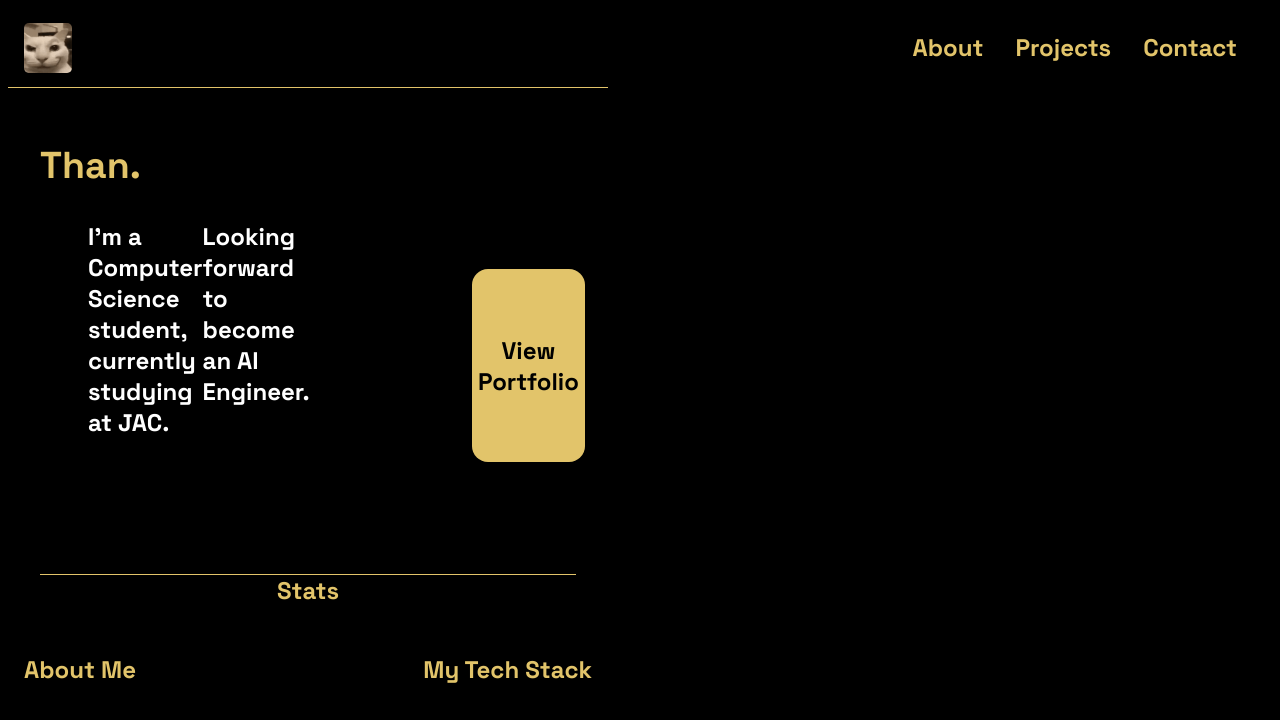
Repository: Than-dot/Than-dot
Page: index.html
These files come from the project's save history. The page is drawn as it stood at one moment and after a run of saves; the edit follows.
The browser window is 1280 px wide. The pictures show the whole page.

Above is the page before, as saved 2026-05-06 12:52:16.

After the next 2 saves:
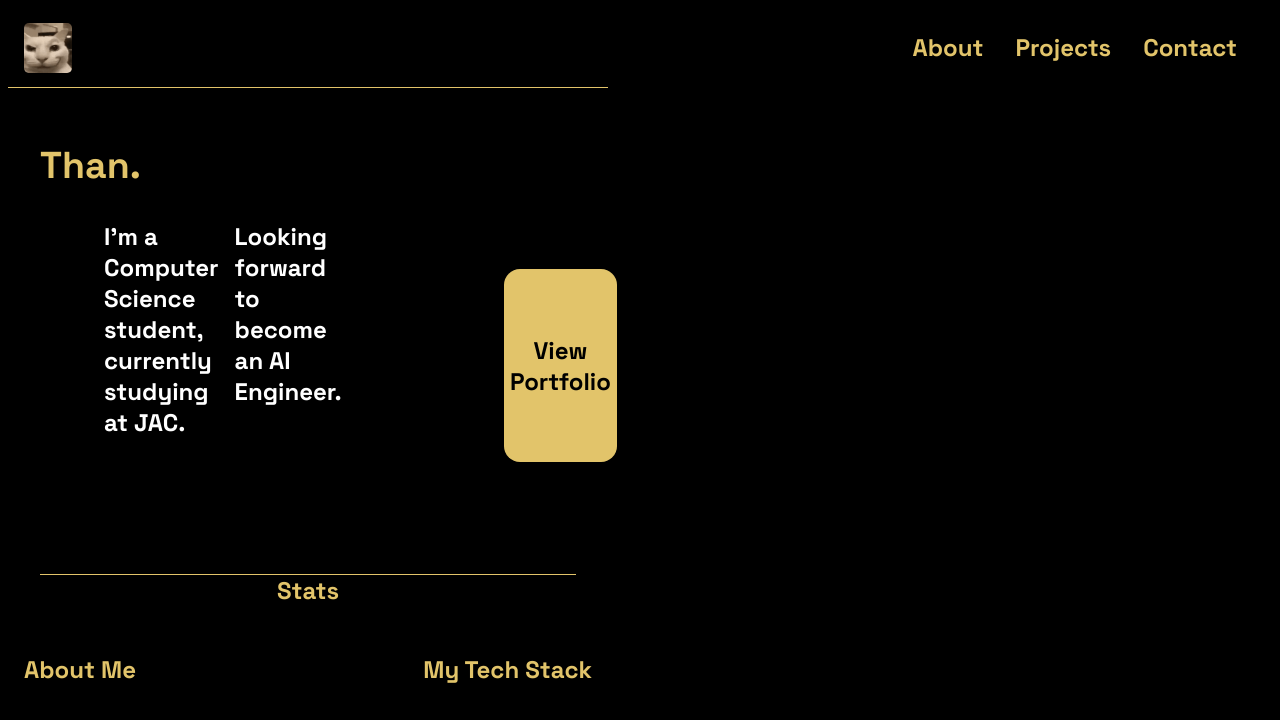
The 2 saves are shown as one change because they came seconds apart.
The last was saved 29 s later.
--- a/styles/index.css
+++ b/styles/index.css
@@ -23,6 +23,7 @@ body {
 p {
   margin: 0;
   margin-bottom: 1.5rem;
+  margin-left: 1rem;
   color: white;
 }
 
